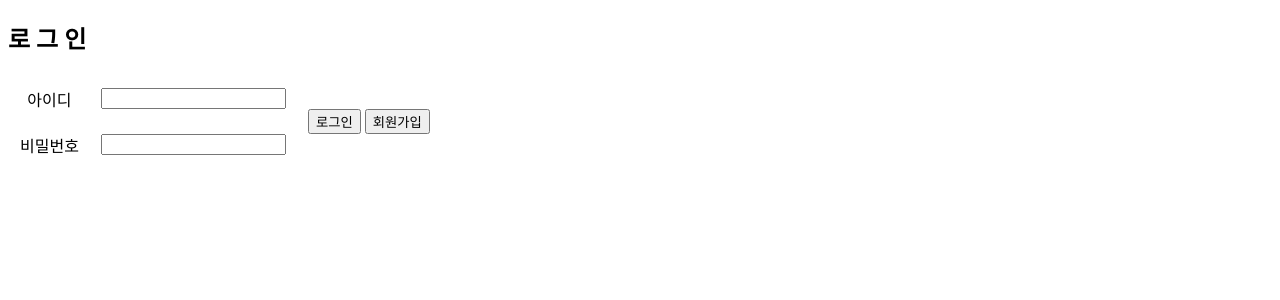
Repository: 1plus1equals3-true/Board-temp
Page: http://localhost/jsp/member/Login.jsp
These files come from the project's save history. The page is drawn as it stood at one moment and after the next save; the edit follows.
The browser window is 1280 px wide. The pictures show the whole page.
The page is served by Tomcat 9.

Above is the page before, as saved 2025-09-09 00:32:28.

After the next save:
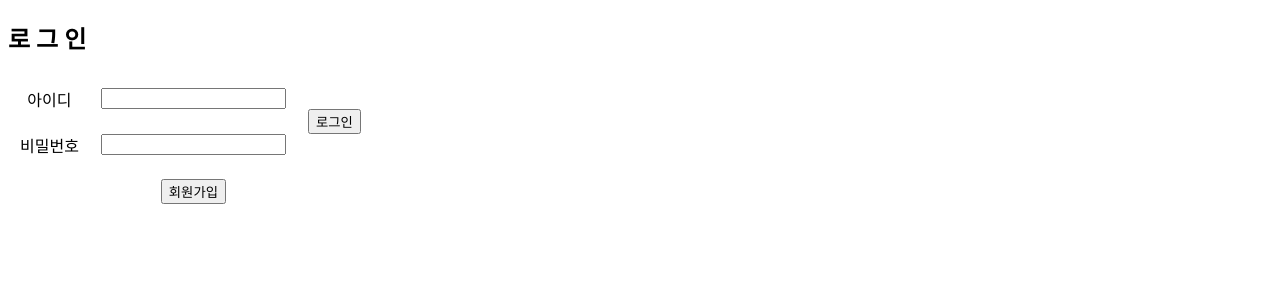
Saved 58 s later.
--- a/jsp/src/main/webapp/member/Login.jsp
+++ b/jsp/src/main/webapp/member/Login.jsp
@@ -32,7 +32,6 @@ text-align: center;
 		<td><input type="text" name="loginid"></td>
 		<td rowspan="2">
 			<input type="submit" value="로그인">
-			<a href="Join.jsp"><button type="button">회원가입</button></a>
 		</td>
 		</tr>
 
@@ -41,6 +40,12 @@ text-align: center;
 		<td><input type="password" name="loginpass"></td>
 		</tr>
 
+		<tr>
+		<td></td>
+		<td><a href="Join.jsp"><button type="button">회원가입</button></a></td>
+		<td></td>
+		</tr>
+
 		</table>
 	</form>
 </body>
